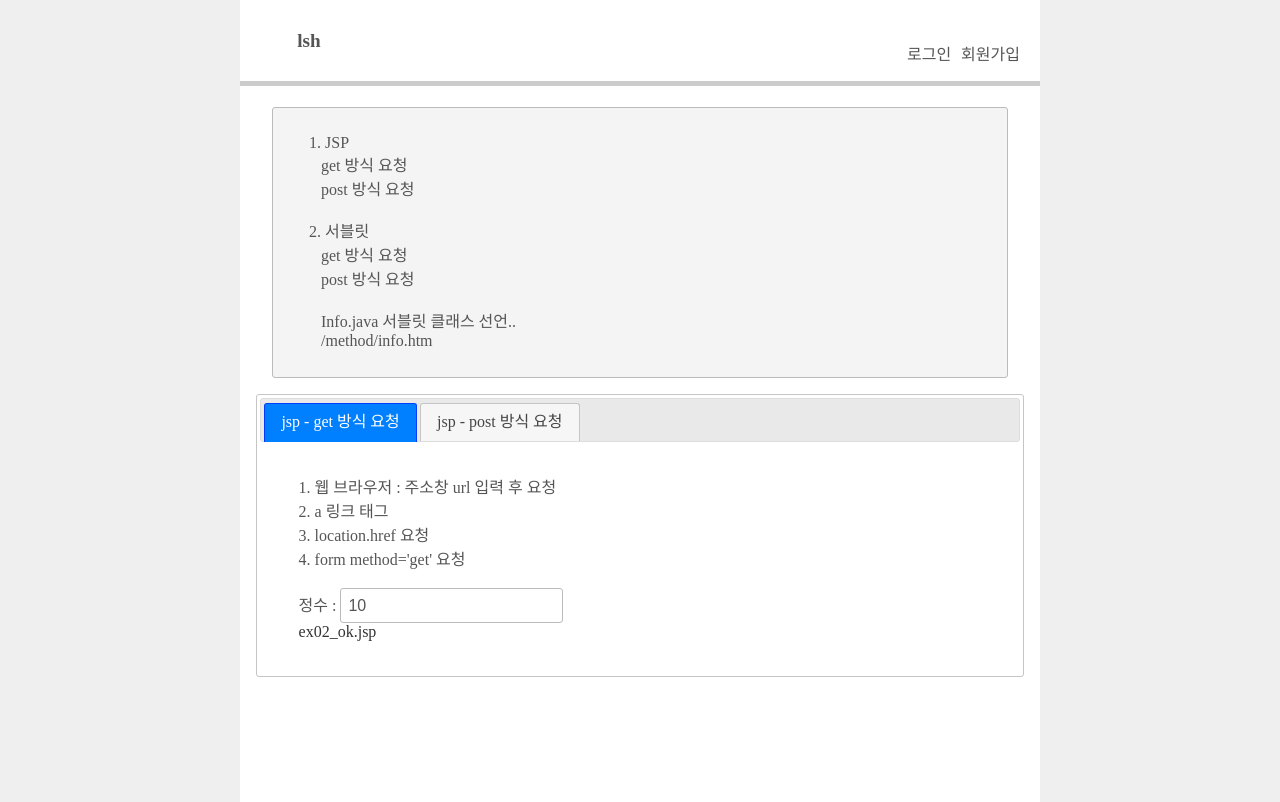
Repository: junyong231/JSP-SSIT
Page: http://localhost/jspPro/days03/ex02.jsp
An editor plug-in stored every save of this project. The page is shown before and after the next save, followed by the edit.
The browser window is 1280 px wide. The pictures show the whole page.
Some web fonts or font styles are not loaded; a fallback is used. Some web libraries are served in a nearby version. The page is served by Tomcat 9. Other server files are loaded and not shown.

Above is the page before, as saved 2024-10-17 02:41:34.
Not found: jspPro/resources/demos/style.css

### jspPro/src/main/webapp/days03/ex02.jsp
<%@ page language="java" contentType="text/html; charset=UTF-8"
    pageEncoding="UTF-8"%>
    <%
       String contextPath = request.getContextPath();
    %>
<!DOCTYPE html>
<html>
<head>
<meta charset="UTF-8">
<title>Insert title here</title>
<link rel="shortcut icon" type="image/x-icon" href="http://localhost/jspPro/images/SiSt.ico">
<!-- <script src="https://ajax.googleapis.com/ajax/libs/jquery/3.7.1/jquery.min.js"></script> -->
<meta name="viewport" content="width=device-width, initial-scale=1.0">
<link rel="stylesheet" href="http://localhost/jspPro/resources/cdn-main/example.css">
<script src="http://localhost/jspPro/resources/cdn-main/example.js"></script>
<style>
 span.material-symbols-outlined{
    vertical-align: text-bottom;
 }
</style>

  <link rel="stylesheet" href="https://code.jquery.com/ui/1.14.0/themes/base/jquery-ui.css">
  <link rel="stylesheet" href="/resources/demos/style.css">
  <script src="https://code.jquery.com/jquery-3.7.1.js"></script>
  <script src="https://code.jquery.com/ui/1.14.0/jquery-ui.js"></script>

  <script>
  $( function() {
    $( "#tabs" ).tabs();
  } );
  </script>

</head>
<body>
<header>
  <h1 class="main"><a href="#" style="position: absolute;top:30px;">lsh</a></h1>
  <ul>
    <li><a href="#">로그인</a></li>
    <li><a href="#">회원가입</a></li>
  </ul>
</header>
<div>
  <xmp class="code">
     1. JSP
        get 방식 요청
        post 방식 요청

     2. 서블릿
        get 방식 요청
        post 방식 요청

        Info.java 서블릿 클래스 선언..
        /method/info.htm
  </xmp>

 <div id="tabs">
  <ul>
    <li><a href="#tabs-1">jsp - get 방식 요청</a></li>
    <li><a href="#tabs-2">jsp - post 방식 요청</a></li>
  </ul>
  <div id="tabs-1">
    <p>
       1. 웹 브라우저 : 주소창 url 입력 후 요청<br />
       2. a 링크 태그<br />
       3. location.href 요청<br />
       4. form method='get' 요청<br />
       <br />
       정수 : <input type="text" id="n" name="n" value="10"><br />
       <a href="ex02_ok.jsp">ex02_ok.jsp</a>
    </p>
  </div>
  <div id="tabs-2">
    <p>
       <!-- action x : 자기자신 / method x : get 방식 -->
       <form action="">
          Name : <input type="text" id="name" name="name" value="홍길동"><br />
          age : <input type="text" id="age" name="age" value="20"><br />

          <input type="radio" name="method" value="get" checked="checked">GET 요청
          <input type="radio" name="method" value="post">POST 요청
          <br />
          <button type="button">전송(submit)</button>
       </form>
    </p>
  </div>
</div>

   <script>
      $("#tabs-2 button").on("click",function(){
         // "get" / "post"
         let method = $(":radio[name=method]:checked").val();
         $(this)
            .parent() // form 태그
               .attr({
                  "method":method,
                  "action":"<%= contextPath %>/days03/ex02_ok_02.jsp"
               })
               .submit(); // 서브밋 시킨다.
      });
   </script>

  <script>
     $("#tabs-1 a").on("click",function(){
        /* 1. 풀이
        let n = $("#n").val();
        let oldHref = $(this).attr("href"); // "ex02_ok.jsp"
        let newHref = `\${oldHref}?n=\${n}`; // "ex02_ok.jsp?n=10"
        $(this).attr("href", newHref);
        */

        // 2. 풀이
        $(this).attr("href",function(index,oldHref){
           let n = $("#n").val();
           return `\${oldHref}?n=\${n}`;
        });
     });
  </script>

</div>
</body>
</html>

### jspPro/src/main/webapp/resources/cdn-main/example.css
@charset "UTF-8";

@import url('https://fonts.googleapis.com/css2?family=Material+Symbols+Outlined:opsz,wght,FILL,GRAD@20..48,100..700,0..1,-50..200');

@font-face {
    font-family: 'GmarketSansMedium';
    src: url('https://cdn.jsdelivr.net/gh/projectnoonnu/noonfonts_2001@1.1/GmarketSansMedium.woff') format('woff');
    font-weight: normal;
    font-style: normal;
}

:root {
	--text-color: #555;
	--sub-text-color: #777;
	--back-color: #EFEFEF;
	--header-color: #444;
	--primary-color: #DEDEDE;
	--secondary-color: #EFEFEF;
	--default-width: 800px;
	--narrow-width: 500px;
	--wide-width: 1200px;
	--text-font: 'GmarketSansMedium';
	--icon-font: 'Material Symbols Outlined';
	--border-color: #CCC;
}

html, body {
	margin: 0;
	padding: 0;
}

html {
	background-color: var(--back-color);
	display: flex;
	justify-content: center;
	min-height: 100vh;
}

body, body.default {
	width: var(--default-width);
	background-color: white;
	padding-bottom: 120px;
}

body.wide {
	width: var(--wide-width);
}

body.narrow {
	width: var(--narrow-width);
}



body, p, div, span, a, input, select, option, textarea, button, table, th, td, label, fieldset, legend {
	font-family: var(--text-font);
	color: var(--text-color);
}

h1, h2, h3 {
	font-family: var(--text-font);
	color: var(--header-color);
	padding: 0 1rem;
	padding-top: .5rem;
}

div > h1, div > h2, div > h3 {
	padding: 0;
}

body > div, body > main > div {
	padding: 0.3rem 1rem;
}


h1 { font-size: 2rem; border-bottom: 1px solid var(--border-color); }
h1 small { font-size: 1.2rem; color: var(--sub-text-color); }
h2 { font-size: 1.5rem; border-bottom: 1px dashed var(--border-color); }
h2 small { font-size: 1.1rem; color: --sub-text-color; }
h3 { font-size: 1.2rem; }
h3 small { font-size: 1rem; color: --sub-text-color; }



h1.main::before {
	font-family: var(--icon-font);
  	content: '\e666';
  	margin-right: 10px;
  	float: left;
	font-size: 2.5rem;
}

h1.sub::before {
	font-family: var(--icon-font);
  	content: '\ea19';
  	margin-right: 10px;
  	float: left;
	font-size: 2.5rem;
}


h1.page::before {
	font-family: var(--icon-font);
  	content: '\e0e0';
  	margin-right: 10px;
  	float: left;
	font-size: 2.5rem;
}

body > header > ul > li > .active{
	background-color: #FFF;
	color:#F00;
}

body > header {
	display: flex;
	justify-content: space-between;
	border-bottom: 5px solid var(--border-color);
	min-height: 74px;
	background-color: #FFF;
}

body > header.sticky {
	position: sticky;
	top: 0;
	z-index: 98;
}

body > header > h1 {
	font-size: 1.2rem;
	border: 0;
}

body > header.in > h1::before {
	font-family: var(--icon-font);
  	content: '\e332‥';
  	margin-right: 3px;
  	float: left;
	font-size: 2rem;
}


body > header > ul {
	list-style-type: none;
	display: flex;
	align-items: flex-end;
	margin-right: 10px;
}

body > header > ul > li {
	margin-right: 10px;
	cursor: pointer;
}

body > header > ul > li > a {
	cursor: pointer;
}


form {
	display: block;
}

form > div {
	padding: 0.3rem 1rem;
}

div > form > div {
	padding: 0.3rem 0;
}

input, textarea, button, select {
	border: 1px solid #BBB;
	border-radius: 3px;
	outline: none;
	resize: none;
	padding: 7px;
	margin: 0;
}

input[type=text]:read-only, textarea:read-only {
	cursor: not-allowed;
	background-color: #FFF;
}

input[type=text]:disabled, textarea:disabled {
	cursor: not-allowed;
	background-color: #EEE;
}

input[type=text], input[type=password], textarea, button, select {
	/* width: 300px; */
}

textarea {
	display: block;
	height: 100px;
}

input[type=button], input[type=submit], button {
	/* width: inherit; */
}

input.short, textarea.short, button.short, select.short {
	width: 100px;
}

input.long, textarea.long, button.long, select.long {
	width: 350px;
}

.narrow input.long, .narrow textarea.long, .narrow button.long, .narrow select.long {
	width: calc(100% - 20px);
}

input.full, textarea.full, button.full, select.full {
	width: calc(100% - 20px);
}

textarea.short {
	height: 50px;
}

textarea.long {
	height: 100px;
}

textarea.full {
	height: 200px;
}

input, textarea {
	padding-top: 8px;
}

input[type=button], input[type=submit], button {
	padding: 5px 10px;
	background-color: var(--secondary-color);
	cursor: pointer;
	min-height: 36px;
}

input[type=button].primary, input[type=submit].primary, button.primary {
	/* background-color: rgba(100, 149, 237, .2); */
	background-color: var(--primary-color);
}

input[type=button].primary:hover, input[type=submit].primary:hover, button.primary:hover {
	/* background-color: rgba(100, 149, 237, .3); */
	background-color: var(--secondary-color);
}

input[type=button]:hover, input[type=submit]:hover, button:hover {
	background-color: var(--primary-color);
}

button {
	position: relative;
	left: 0;
	top: 0;
	padding-left: 35px;
}

button .material-symbols-outlined {
	position: absolute;
	left: 10px;
	top: 4px;
}

/* k2nik add */
button.login::before {
	font-family: var(--icon-font);
  	content: '\ea77';
	position: absolute;
	left: 11px;
	top: 4px;
	font-size: 1.25rem;
}

/* k2nik logout */
button.logout::before {
	font-family: var(--icon-font);
  	content: '\e9ba';
	position: absolute;
	left: 11px;
	top: 4px;
	font-size: 1.25rem;
}

/* k2nik help */
button.help::before {
	font-family: var(--icon-font);
  	content: '\f1c0';
	position: absolute;
	left: 11px;
	top: 4px;
	font-size: 1.25rem;
}

button.add::before{
	font-family: var(--icon-font);
  	content: '\e746';
	position: absolute;
	left: 11px;
	top: 4px;
	font-size: 1.25rem;
}

button.back::before {
	font-family: var(--icon-font);
  	content: '\e166';
	position: absolute;
	left: 11px;
	top: 4px;
	font-size: 1.25rem;
}

button.list::before {
	font-family: var(--icon-font);
  	content: '\e0ee';
	position: absolute;
	left: 11px;
	top: 4px;
	font-size: 1.25rem;
}


button.del::before {
	font-family: var(--icon-font);
  	content: '\e872';
	position: absolute;
	left: 11px;
	top: 4px;
	font-size: 1.25rem;
}


button.edit::before {
	font-family: var(--icon-font);
  	content: '\e745';
	position: absolute;
	left: 11px;
	top: 4px;
	font-size: 1.25rem;
}


button.login::before {
	font-family: var(--icon-font);
  	content: '\ea77';
	position: absolute;
	left: 11px;
	top: 4px;
	font-size: 1.25rem;
}


button.logout::before {
	font-family: var(--icon-font);
  	content: '\e9ba';
	position: absolute;
	left: 11px;
	top: 4px;
	font-size: 1.25rem;
}


button.in::before {
	font-family: var(--icon-font);
  	content: '\f71a';
	position: absolute;
	left: 11px;
	top: 4px;
	font-size: 1.25rem;
}


button.out::before {
	font-family: var(--icon-font);
  	content: '\f70e';
	position: absolute;
	left: 11px;
	top: 4px;
	font-size: 1.25rem;
}


button.reply::before {
	font-family: var(--icon-font);
  	content: '\e15e';
	position: absolute;
	left: 11px;
	top: 4px;
	font-size: 1.25rem;
}


button.comment::before {
	font-family: var(--icon-font);
  	content: '\e0b9';
	position: absolute;
	left: 11px;
	top: 4px;
	font-size: 1.25rem;
}


button.modal::before {
	font-family: var(--icon-font);
  	content: '\e89e';
	position: absolute;
	left: 11px;
	top: 4px;
	font-size: 1.25rem;
}


button.ok::before {
	font-family: var(--icon-font);
  	content: '\e86c';
	position: absolute;
	left: 11px;
	top: 4px;
	font-size: 1.25rem;
}


button.cancel::before {
	font-family: var(--icon-font);
  	content: '\e5c9';
	position: absolute;
	left: 11px;
	top: 4px;
	font-size: 1.25rem;
}

button.search::before {
	font-family: var(--icon-font);
  	content: '\e8b6';
	position: absolute;
	left: 11px;
	top: 4px;
	font-size: 1.25rem;
}

button.home::before {
	font-family: var(--icon-font);
  	content: '\e88a';
	position: absolute;
	left: 11px;
	top: 4px;
	font-size: 1.25rem;
}


button.sidebar::before {
	font-family: var(--icon-font);
  	content: '\f7e4';
	position: absolute;
	left: 11px;
	top: 4px;
	font-size: 1.25rem;
}


button.sidebar-right::before {
	font-family: var(--icon-font);
  	content: '\f7e5';
	position: absolute;
	left: 11px;
	top: 4px;
	font-size: 1.25rem;
}




button::before {
	font-family: var(--icon-font);
  	content: '\e323';
	position: absolute;
	left: 11px;
	top: 4px;
	font-size: 1.25rem;
}


table {
	border-collapse: collapse;
	margin: 1rem;
	box-sizing: border-box;
	width: calc(100% - 32px);
}

table.content {
	width: auto;
}

div > table {
	margin: 0;
}

table th, table td {
	border: 1px solid var(--border-color);
	padding: 7px;
	font-weight: normal;
}

table th {
	background-color: var(--back-color);
}

table.vertical th {
	width: 150px;
}

table.vertical td {
	width: calc(100% - 182px);
	padding-left: 10px;
}

table.content td, table.content th {
	width: auto;
}

body.narrow table.vertical th {
	width: 100px;
}

body.narrow table.vertical td {
	width: calc(100% - 182px);
}


table + table {
	margin-top: 30px;
}


p {
	padding: 0 1rem;
}

a {
	text-decoration: none;
}

a:hover {
	color: rgba(255, 99, 71, .7);
}

hr {
	border: 0;
	border-top: 1px solid var(--border-color);
	margin: 2rem 0;
}

.message {
	border: 1px solid var(--border-color);
	background-color: #EFEFEF;
	margin: 1rem;
	width: auto;
	padding-top: 10px;
	padding-bottom: 10px;
	font-size: 14px;
}

.message[title]::before {
	content: attr(title);
	display: block;
	border-bottom: 1px solid var(--border-color);
	padding-bottom: 5px;
	margin-bottom: 10px;
	margin-top: 7px;
}

.message.short {
	max-width: 250px;
}

.message.long {
	max-width: 500px;
}

.badge {
	float: right;
	font-size: .8rem;
	margin-top: 2px;
	margin-right: 2px;
	text-shadow: 0 0 7px gray;
}

.badge.left {
	float: none;
	margin-left: 2px;
}

.badge.right {
	float: right;
}

.badge.red {
	border-radius: 50%;
	padding: 2px 5px;
	background-color: rgb(255, 99, 71, .3);
}

.badge.yellow {

	border-radius: 50%;
	padding: 2px 5px;
	background-color: rgb(255, 215, 0, .5);
}

.badge.blue {
	border-radius: 50%;
	padding: 2px 5px;
	background-color: rgb(100, 149, 237, .3);
}

label + label {
	margin-left: 7px;
}

label input[type=checkbox], label input[type=radio] {
	transform: translate(0, 1px);
}

.group {
	display: flex;
}

.modal-content .group {
	margin-bottom: .5rem;
}

.group label {
	border: 1px solid #BBB;
	border-radius: 3px;
	outline: none;
	resize: none;
	padding: 7px 14px;
	margin: 0;
	border-top-right-radius: 0;
	border-bottom-right-radius: 0;
	background-color: #EFEFEF;
	white-space: nowrap;
	font-size: 14px;
}

.group input[type=text] {
	margin-left: -1px;
	border-top-left-radius: 0;
	border-bottom-left-radius: 0;
}

.group select {
	margin-left: -1px;
	border-top-left-radius: 0;
	border-bottom-left-radius: 0;
}

.group input.full[type=text] {
	margin-left: -1px;
	border-top-left-radius: 0;
	border-bottom-left-radius: 0;
	width: 100%;
}

.group input[type=button]:first-child, .group button:first-child {
	border-top-left-radius: 3px;
	border-bottom-left-radius: 3px;
	margin-left: 0px;
}

.group input[type=button], .group button {
	border-radius: 0;
	margin-left: -1px;
}

.group input[type=button]:last-child, .group button:last-child {
	margin-left: -1px;
	border-top-right-radius: 3px;
	border-bottom-right-radius: 3px;
}

.seperate {
	display: flex;
	justify-content: space-between;
}

div.list {
	width: max-content;
	margin: 1rem;
	border: 1px solid #BBB;
	border-radius: 3px;
	padding: 0;
}

div.list.full {
	width: auto;
	display: block;
	margin: 1rem;
	border: 1px solid #BBB;
	border-radius: 3px;
	padding: 0;
}

div.list > div {
	padding: .5rem 1rem;
	margin: 0;
	border-bottom: 1px solid #BBB;
}

div.list > div:last-child {
	border-bottom: 0;
}

pre.code , xmp.code{
	font-family: consols;
	background-color: rgba(150, 150, 150, .1);
	border: 1px solid #BBB;
	border-radius: 3px;
	padding: .5rem 1rem;
	padding-bottom: .6rem;
	margin: 1rem;
}




*[data-modal-window] {
	position: fixed;
	background-color: rgba(0, 0, 0, .3);
	left: 0;
	top: 0;
	display: none;
	justify-content: center;
	align-items: flex-start;
	width: 100%;
	min-height: 100vh;
	z-index: 100;
	opacity: 0;
	transition: 500ms all;
}

*[data-modal-window] .modal-container {
	border-radius: 5px;
	padding: 1rem;
	padding-bottom: .5rem;
	margin-top: -500px;
	opacity: 0;
	width: 500px;
	background-color: #FFF;
	margin-right: 2rem;
	transition: 500ms all;
}

*[data-modal-size=content] .modal-container {
	width: auto;
}

*[data-modal-size=narrow] .modal-container {
	width: 300px;
}

*[data-modal-size=wide] .modal-container {
	width: 760px;
}


*[data-modal-window] .modal-header {
	border-bottom: 1px solid var(--border-color);
	padding: 2px 5px;
}

*[data-modal-window] .modal-content {
	padding: 1rem 5px;
}

*[data-modal-window] .modal-content div:last-child {
	margin-top: 1rem;
	text-align: right;
}



*[data-sidebar-window] {
	position: fixed;
	background-color: #FFF;
	left: 0;
	top: 0;
	display: block;
	width: 300px;
	border-right: 1px solid var(--border-color);
	box-sizing: border-box;
	box-shadow: 0 0 3px var(--back-color);
	min-height: 100vh;
	z-index: 99;
	transform: translate(-300px, 0);
	transition-duration: 500ms;
	transition-property: transform;
}

*[data-sidebar-direction=right] {
	left: auto;
	right: 0;
	transform: translate(300px, 0);
	border-left: 1px solid var(--border-color);
}

*[data-sidebar-size=wide] {
	width: 500px;
	transform: translate(-500px, 0);
}

*[data-sidebar-window] .sidebar-title {
	border-bottom: 1px solid var(--border-color);
	margin-top: 20px;
	margin-bottom: 20px;
	padding-bottom: 5px;
	display: flex;
	justify-content: space-between;
}

*[data-sidebar-window] .sidebar-title span:last-child {
	cursor: pointer;
}


/* K2Nik pagination */
.center {
  text-align: center;
}

.pagination {
  display: inline-block;
}

.pagination a {
  color: black;
  float: left;
  padding: 3px 6px;
  text-decoration: none;
  transition: background-color .3s;
  border: 1px solid #ddd;
  margin: 0 3px;
}

.pagination a.active {
  background-color: #4CAF50;
  color: white;
  border: 1px solid #4CAF50;
}

.pagination a:hover:not(.active) {background-color: #ddd;}

### jspPro/src/main/webapp/resources/cdn-main/example.js

window.onload = () => {

    const list = document.querySelectorAll('input, textarea');

    list.forEach(item => {
        item.setAttribute('autocomplete', 'off');
    });


    const modal_btn_list = document.querySelectorAll('*[data-modal-button]');

    modal_btn_list.forEach(item => {
        item.onclick = function() {

            const name = this.dataset['modalButton'];
            const modal_window = document.querySelector('*[data-modal-window=' + name);

            const container = document.createElement('div');
            container.className = 'modal-container';



            const modal_header = document.createElement('div');
            modal_header.textContent = modal_window.dataset['modalTitle'];
            modal_header.className = 'modal-header';
            container.appendChild(modal_header);

            const modal_content = document.createElement('div');
            modal_content.className = 'modal-content';
            container.appendChild(modal_content);

            Array.from(modal_window.childNodes).forEach(item => {
                modal_content.appendChild(item);
            });

            modal_window.appendChild(container);

            modal_window.style.display = 'flex';

            setTimeout(() => {
                modal_window.style.opacity = 1;
                container.style.marginTop = '20px';
                container.style.opacity = 1;
            }, 50);


            const modal_ok = document.querySelector('*[data-modal-ok=' + name);
            modal_ok.addEventListener('click', function() {
                modal_window.style.opacity = 0;
                container.style.marginTop = '-500px';
                container.style.opacity = 0;

                setTimeout(() => {
                    modal_window.innerHTML = modal_content.innerHTML;
                    modal_window.style.display = 'none';
                }, 500);

            });

            const modal_cancel = document.querySelector('*[data-modal-cancel=' + name);
            modal_cancel.addEventListener('click', function() {

                modal_window.style.opacity = 0;
                container.style.marginTop = '-500px';
                container.style.opacity = 0;

                setTimeout(() => {
                    modal_window.innerHTML = modal_content.innerHTML;
                    modal_window.style.display = 'none';
                }, 500);
            });


        };
    });


    const sidebar_btn_list = document.querySelectorAll('*[data-sidebar-button]');

    sidebar_btn_list.forEach(item => {
        item.onclick = function() {



            const name = this.dataset['sidebarButton'];
            const sidebar_window = document.querySelector('*[data-sidebar-window=' + name);

            if (sidebar_window.style.transform == 'translate(0px, 0px)') return;



            sidebar_window.style.transform = 'translate(0, 0)';

            const sidebar_title = document.createElement('div');
            sidebar_title.className = 'sidebar-title';
            sidebar_title.innerHTML = '<span>' + sidebar_window.dataset['sidebarTitle'] + '</span><span class="material-symbols-outlined">close</span>';

            sidebar_title.children[1].onclick = function() {

                let sign = 1;
                let distance = 300;

                if (sidebar_window.dataset['sidebarDirection'] != 'right') {
                    sign = -1;
                } else {
                    sign = 1;
                }

                if (sidebar_window.dataset['sidebarSize'] != 'wide') {
                    distance = 300;
                } else {
                    distance = 500;
                }

                distance *= sign;

                sidebar_window.style.transform = 'translate(' + distance + 'px, 0)';

                setTimeout(function() {
                    sidebar_window.removeChild(sidebar_window.children[0]);
                }, 500);
            };


            sidebar_window.prepend(sidebar_title);

        }
    });

};

// window.onkeydown = function(event) {

//     if (event.keyCode == 27) {
//         if (document.querySelector('[data-modal-window').style.display == 'flex') {
//             document.querySelector('[data-modal-window').style.display = 'none';
//         }
//     }

// };

After the next save:
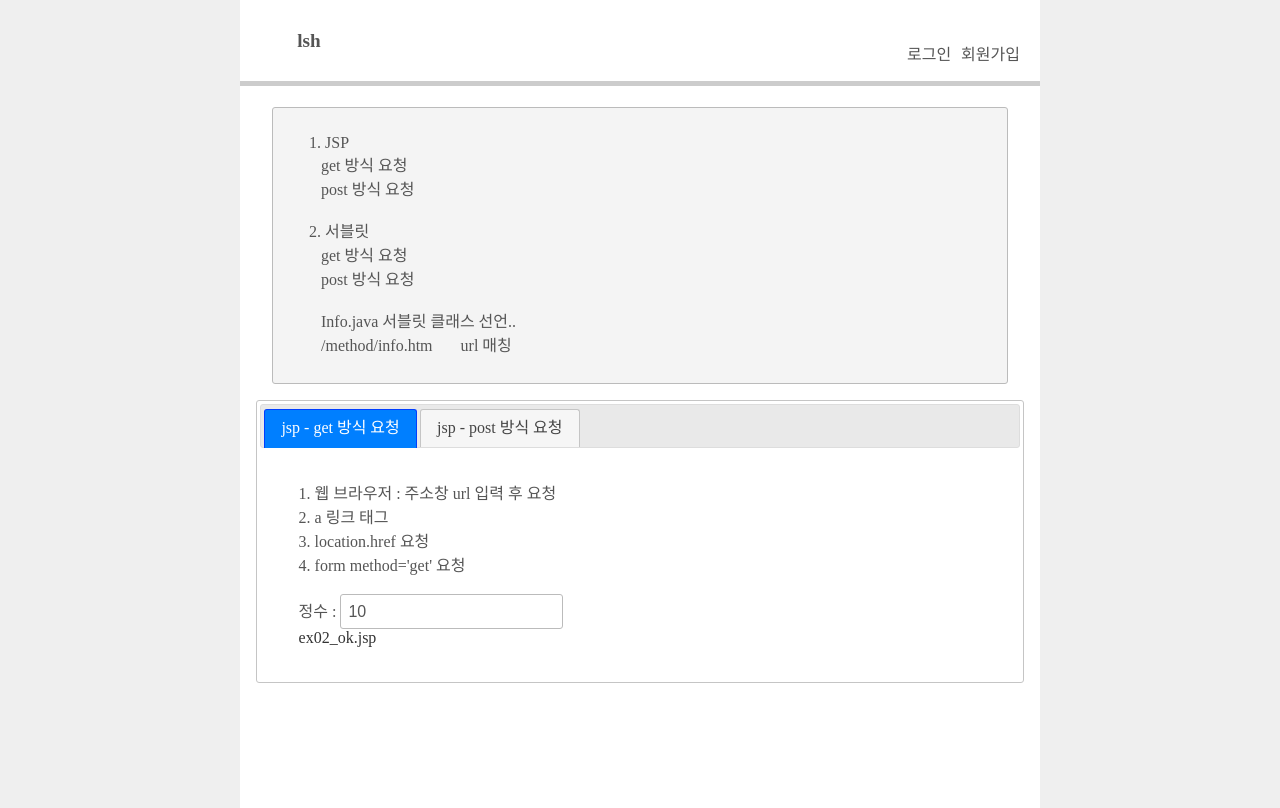
Saved 5 s later.
--- a/jspPro/src/main/webapp/days03/ex02.jsp
+++ b/jspPro/src/main/webapp/days03/ex02.jsp
@@ -50,7 +50,7 @@
         post 방식 요청
 
         Info.java 서블릿 클래스 선언..
-        /method/info.htm
+        /method/info.htm       url 매칭
   </xmp>
 
  <div id="tabs">
